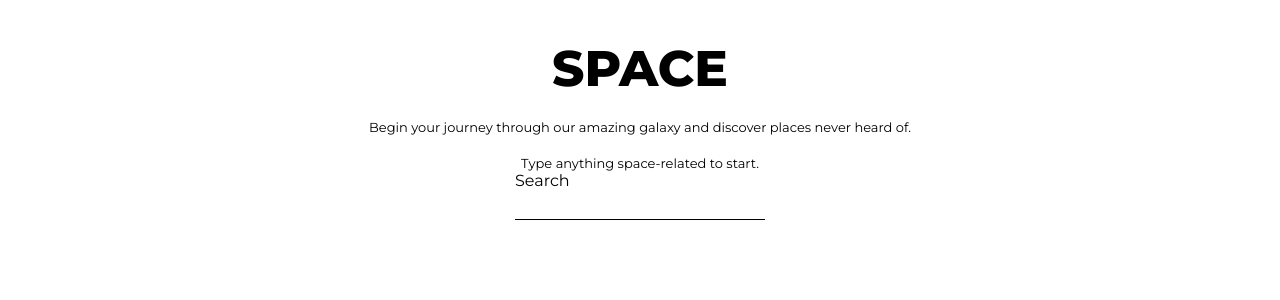
Repository: pmor80/spacer
Page: /
These files come from the project's save history. The page is drawn as it stood at one moment and after the next save; the edit follows.
The browser window is 1280 px wide. The pictures show the whole page.
The project was rebuilt for these pictures with package versions that can differ from the ones it lists, and the page was loaded fresh each time.

Above is the page before, as saved 2019-07-02 15:30:37.

After the next save:
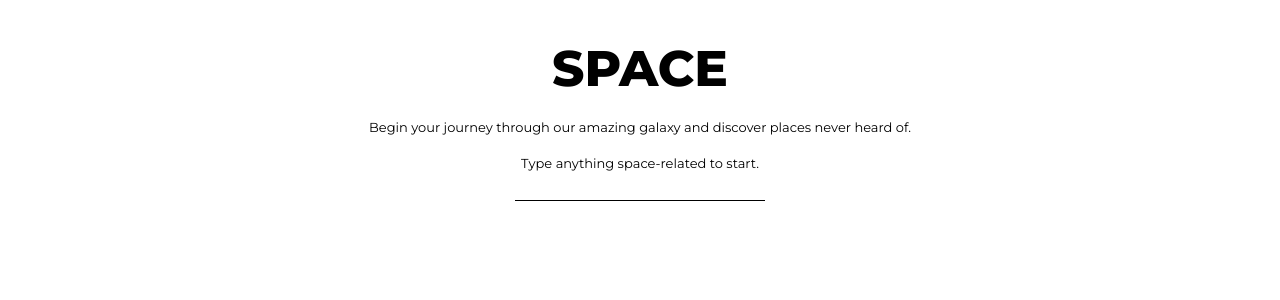
Saved 41 s later.
--- a/src/components/SearchInput.vue
+++ b/src/components/SearchInput.vue
@@ -1,6 +1,5 @@
 <template>
   <div class="searchWrapper">
-    <label for="search">Search</label>
     <input id="search" name="search" v-model="searchValue" @input="handleInput" />
   </div>
 </template>
